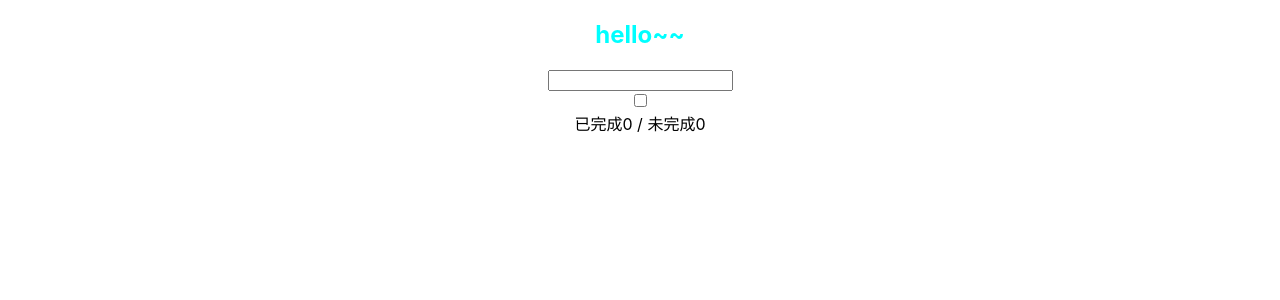
Repository: Gaays/React-todo-list
Page: /
An editor plug-in stored every save of this project. The page is shown before and after the next save, followed by the edit.
The browser window is 1280 px wide. The pictures show the whole page.
The project was rebuilt for these pictures with package versions that can differ from the ones it lists, and the page was loaded fresh each time. Also part of the build but not shown: src/components/TodoItem/index.css, src/components/TodoItem/index.jsx.

Above is the page before, as saved 2022-10-17 20:43:14.

### src/App.js
import './App.css';
import Todo from './components/Todo';

function App() {
  return (
    <div className="App">
      <Todo />
    </div>
  );
}

export default App;

### src/components/Todo/index.jsx
import React, { Component } from "react";
import hello from './index.module.css'
import TodoItem from '../TodoItem'


class TodoInput extends Component {
  state = {
    label: ''
  }
  handleInput = (e) => {
    this.setState({ label: e.target.value })
  }
  handleSubmit = (e) => {
    if (e.code === 'Enter') {
      this.props.submit(this.state.label)
      this.setState({ label: '' })

    }
  }
  render() {
    return (
      <div>
        <input type="text" value={this.state.label} onChange={this.handleInput} onKeyUp={this.handleSubmit} />
      </div>
    );
  }
}

export default class Todo extends Component {
  state = {
    list: [],
    checkAll: false
  }
  addListItem = (label) => {
    const id = Number(new Date())
    let list = this.state.list.slice()
    list.unshift({ label: label, id: id, check: false })
    this.setState(() => {
      return { list: list }
    })
  }
  changeState = (id, state) => {
    const newList = this.state.list.slice()
    const item = newList.find(item => item.id === id)
    let checkAll = false
    if (item) {
      item.check = state
    }
    if (this.state.list.length > 0 && this.getUndoneCount === 0) {
      checkAll = true
    }
    this.setState(() => {
      return { list: newList, checkAll: checkAll }
    })
  }

  handleCheckAll = () => {
    const checkAllFlag = !this.state.checkAll
    const list = this.state.list.slice()
    list.forEach(item => {
      item.check = checkAllFlag
    })
    this.setState(() => {
      return { list: list, checkAll: checkAllFlag }
    })
  }

  get getDoneCount() {
    const doneCount = this.state.list.filter(item => item.check).length
    return doneCount
  }

  get getUndoneCount() {
    return this.state.list.filter(item => item.check === false).length
  }


  render() {
    const todoList = this.state.list.map((item) => {
      return <TodoItem data={item} key={item.id} changeState={this.changeState} />
    })
    return (
      <div>
        <h2 className={hello.title}>hello~~</h2 >
        <TodoInput submit={this.addListItem} />
        <div>{todoList}</div>
        <div >
          <input type="checkbox" checked={this.state.checkAll} onChange={this.handleCheckAll} />
          <div>已完成{this.getDoneCount} / 未完成{this.getUndoneCount}</div>
        </div>
      </div>
    )
  }
}

### src/components/Todo/index.module.css
.title {
  color: aqua;
}

### src/components/Todo/index.css
.title {
  color: aqua;
}

.todo-list{

}

.state-box{
  display: flex;
}

Loaded but not shown: public/index.html (common file); src/index.js (common file); src/index.css (common file); src/reportWebVitals.js (common file); src/App.css (common file)

After the next save:
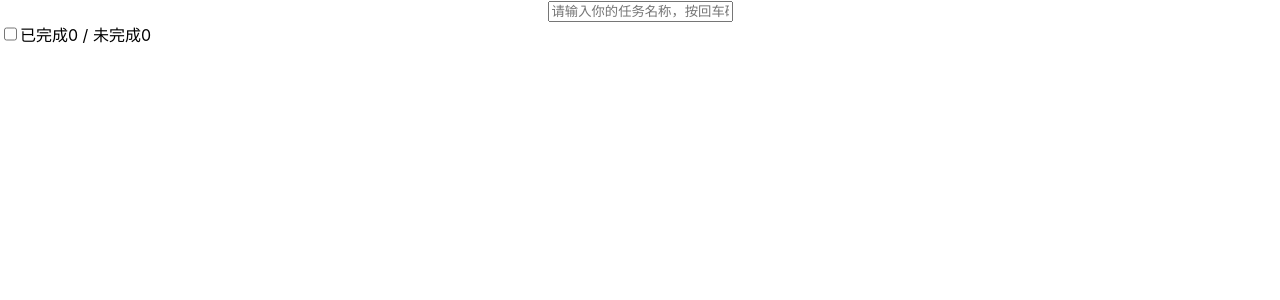
Saved 48 s later.
--- a/src/components/Todo/index.jsx
+++ b/src/components/Todo/index.jsx
@@ -1,5 +1,5 @@
 import React, { Component } from "react";
-import hello from './index.module.css'
+import './index.css'
 import TodoItem from '../TodoItem'
 
 
@@ -20,7 +20,7 @@ class TodoInput extends Component {
   render() {
     return (
       <div>
-        <input type="text" value={this.state.label} onChange={this.handleInput} onKeyUp={this.handleSubmit} />
+        <input type="text" value={this.state.label} onChange={this.handleInput} onKeyUp={this.handleSubmit} placeholder="请输入你的任务名称，按回车确认" />
       </div>
     );
   }
@@ -81,10 +81,9 @@ export default class Todo extends Component {
     })
     return (
       <div>
-        <h2 className={hello.title}>hello~~</h2 >
         <TodoInput submit={this.addListItem} />
-        <div>{todoList}</div>
-        <div >
+        <div className="todo-list">{todoList}</div>
+        <div className="state-box">
           <input type="checkbox" checked={this.state.checkAll} onChange={this.handleCheckAll} />
           <div>已完成{this.getDoneCount} / 未完成{this.getUndoneCount}</div>
         </div>
